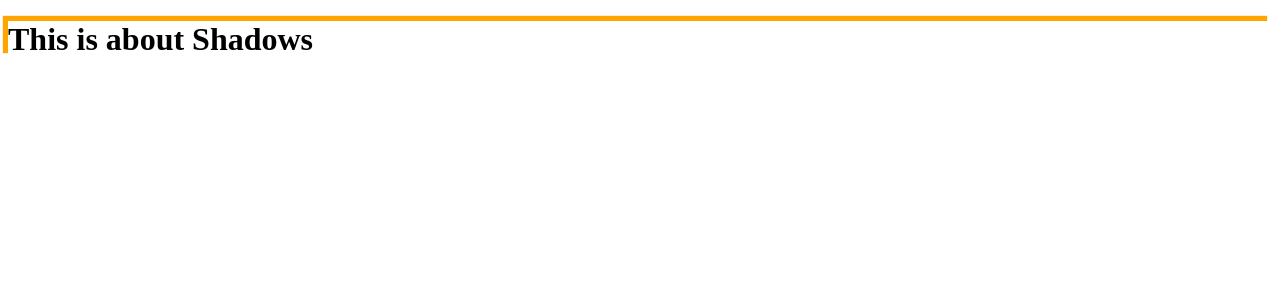
Repository: nottonofclay/csi_waymo
Page: shadows/shadows.html
The author's editor kept a copy of each file at every save. The page is drawn from the files as they stood at one save, then again after the next save.
The browser window is 1280 px wide. The pictures show the whole page.

Above is the page before, as saved 2023-07-06 12:05:21.

### shadows/shadows.html
<!DOCTYPE html>
<html lang="en">
<head>
    <meta charset="UTF-8">
    <meta name="viewport" content="width=device-width, initial-scale=1.0">
    <title>Document</title>
    <link rel="stylesheet" href="shadows.css">
</head>
<body>
    <h1>This is about Shadows</h1>
</body>
</html>

### shadows/shadows.css
/* x-axis || y-axis || spread || color*/
h1 {
    /* text-shadow: 5px -5px 3px red, -5px 5px 3px orange, 0px 0px 5px grey; */
    box-shadow: -5px -5px 1px orange;
}

After the next save:
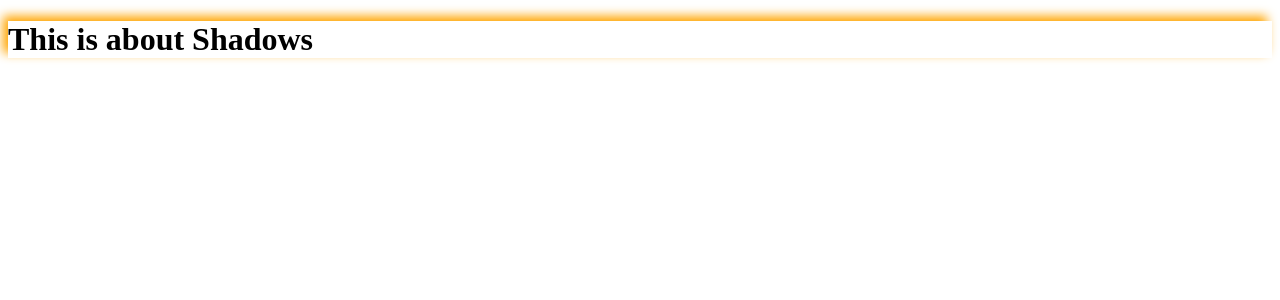
Saved 7 s later.
--- a/shadows/shadows.css
+++ b/shadows/shadows.css
@@ -1,5 +1,5 @@
 /* x-axis || y-axis || spread || color*/
 h1 {
     /* text-shadow: 5px -5px 3px red, -5px 5px 3px orange, 0px 0px 5px grey; */
-    box-shadow: -5px -5px 1px orange;
+    box-shadow: -5px -5px 10px orange;
 }
